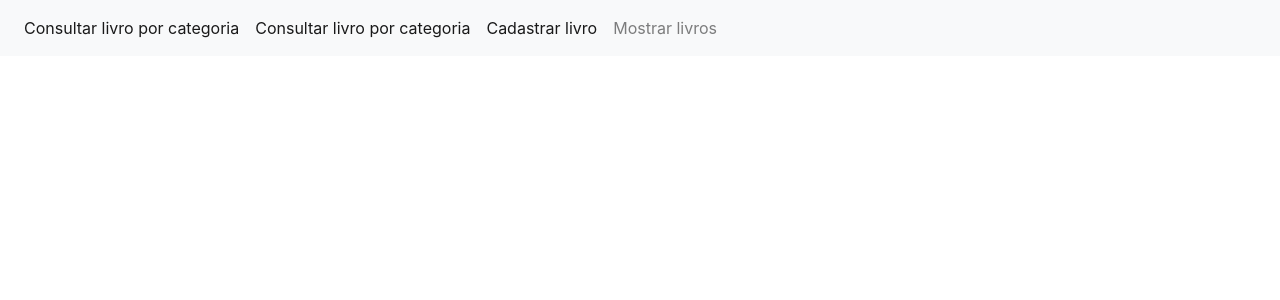
Repository: SrtaVerdant/projeto-livraria
Page: http://localhost/ProjetoLivraria/adicionar.jsp
These files come from the project's save history. The page is drawn as it stood at one moment and after the next save; the edit follows.
The browser window is 1280 px wide. The pictures show the whole page.
Some web libraries are served in a nearby version. The page is served by Tomcat 9.

Above is the page before, as saved 2022-10-30 00:04:58.

After the next save:
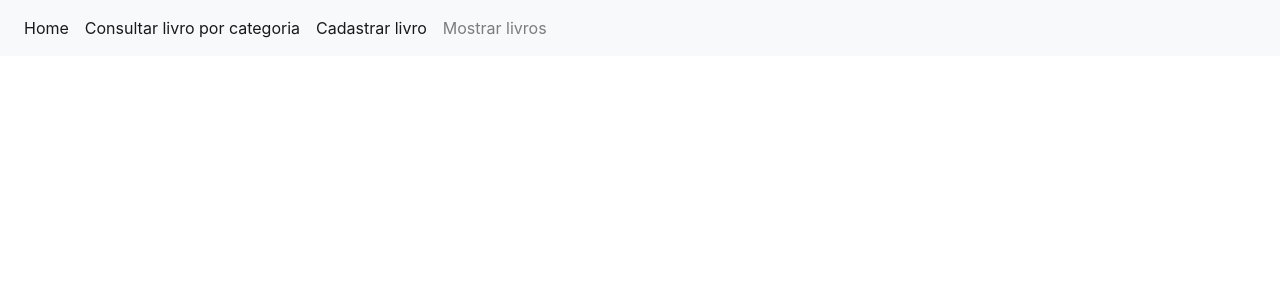
Saved 6 s later.
--- a/ProjetoLivraria/src/main/webapp/adicionar.jsp
+++ b/ProjetoLivraria/src/main/webapp/adicionar.jsp
@@ -15,7 +15,7 @@
 	  <div class="collapse navbar-collapse" id="navbarNav">
 	    <ul class="navbar-nav">
 	    <li class="nav-item active">
-	        <a class="nav-link" href="index.jsp">Consultar livro por categoria <span class="sr-only">(current)</span></a>
+	        <a class="nav-link" href="index.jsp">Home <span class="sr-only">(current)</span></a>
 	      </li>
 	   		<li class="nav-item active">
 	        <a class="nav-link" href="listaLivroPorCategoria.jsp">Consultar livro por categoria <span class="sr-only">(current)</span></a>
